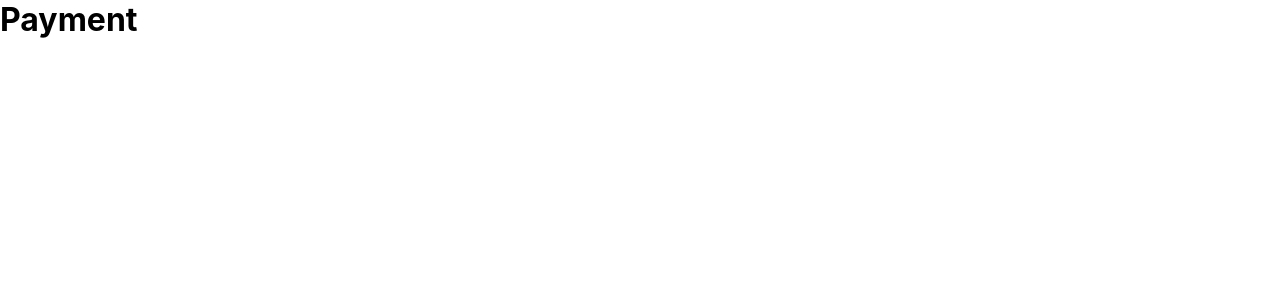
Repository: Yowani24/CarbonApp
Page: /payment
The author's editor kept a copy of each file at every save. The page is drawn from the files as they stood at one save, then again after the next save.
The browser window is 1280 px wide. The pictures show the whole page.
The project was rebuilt for these pictures with package versions that can differ from the ones it lists, and the page was loaded fresh each time. The framework's server and built-in components were replaced by stand-ins that run in the browser. Also part of the build but not shown: next.config.js, pages/cart/Cart.module.css, pages/cart/index.js.

Above is the page before, as saved 2021-09-26 23:40:30.

After the next save:
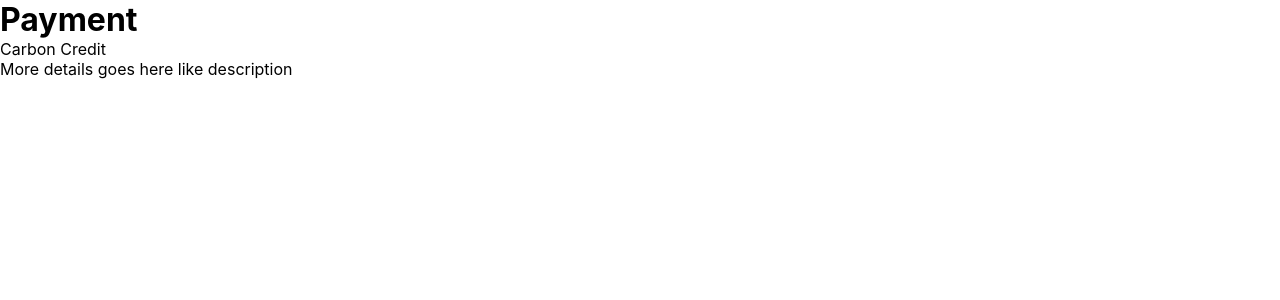
Saved 3 min 16 s later.
--- a/pages/payment/index.js
+++ b/pages/payment/index.js
@@ -14,6 +14,9 @@ export default function Payment(props) {
         </header>
 
         <div>
+            <span>
+                <p>Carbon Credit <br/> More details goes here like description</p>
+            </span>
 
         </div>
        </>
